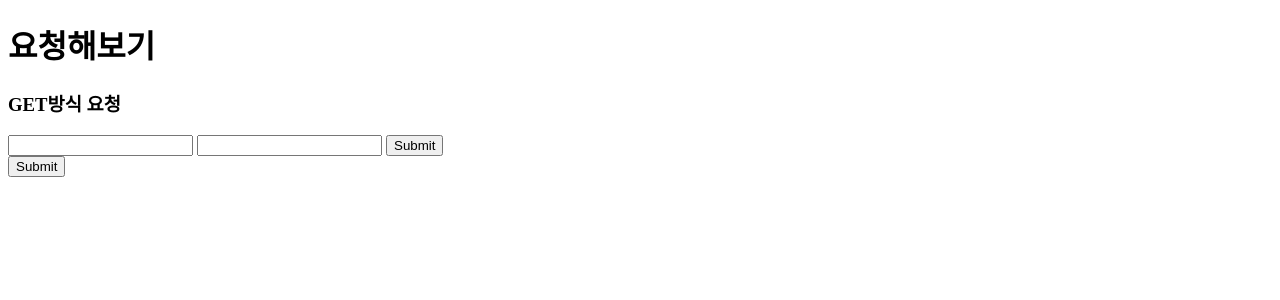
Repository: joeunpyeong/javaA
Page: http://localhost/04.Implicit/Ex01_Request/Ex01_Request.jsp
An editor plug-in stored every save of this project. The page is shown before and after the next save, followed by the edit.
The browser window is 1280 px wide. The pictures show the whole page.
The page is served by Tomcat 9.

Above is the page before, as saved 2023-05-22 02:07:14.

After the next save:
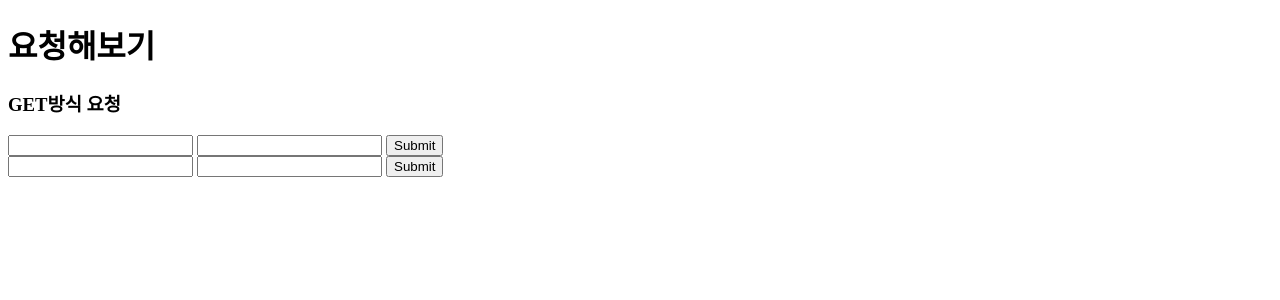
Saved 7 s later.
--- a/04.Implicit/src/main/webapp/Ex01_Request/Ex01_Request.jsp
+++ b/04.Implicit/src/main/webapp/Ex01_Request/Ex01_Request.jsp
@@ -31,6 +31,8 @@
 	   		<input type="submit">
 	   </form>
 	   <form action="../Ex01_Request" method="post">
+	   		<input type="text" name="id"/>
+	   		<input type="text" name="pw"/>
 	   		<input type="submit">
 	   </form>
 
